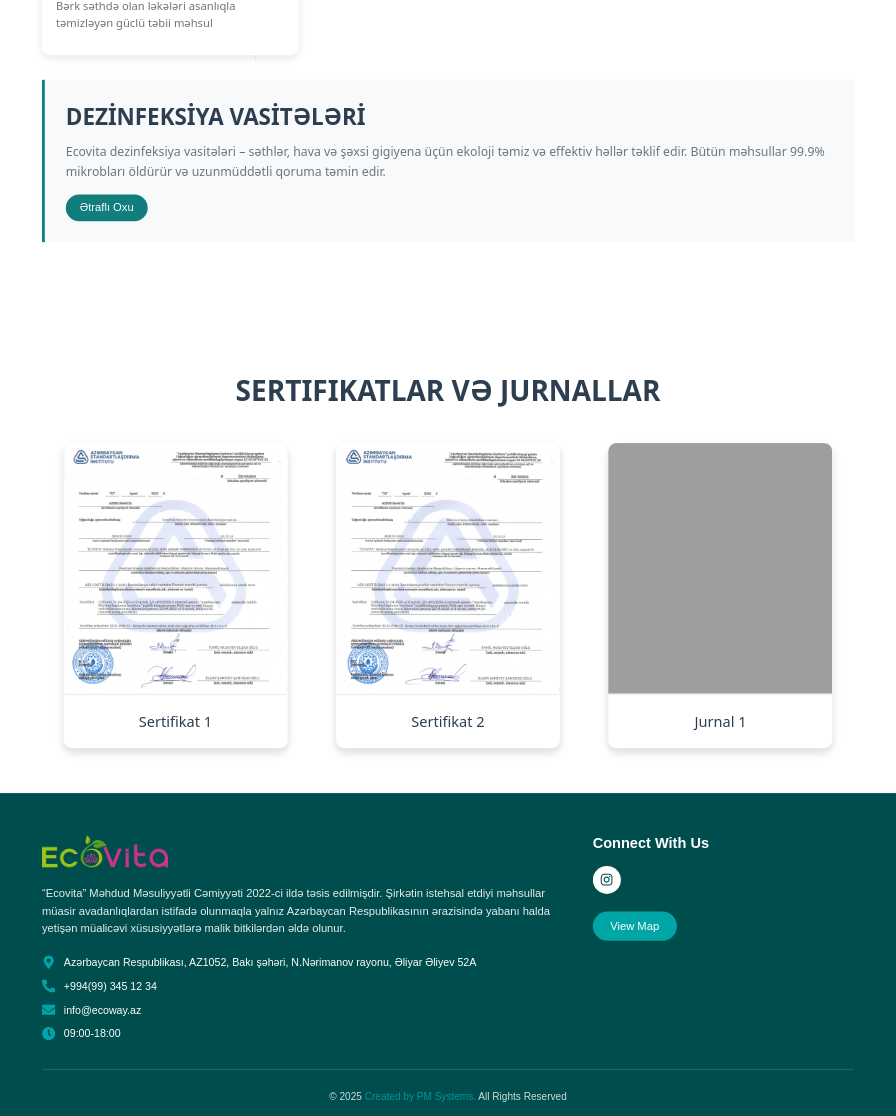
Repository: ferhadsultan98/ecovita
Page: /
An editor plug-in stored every save of this project. The page is shown before and after a run of saves, followed by the edit.
The browser window is 1280 px wide. The pictures show the part of the page from y = 4580 to 6500 px (the page is 6174 px tall before and 6642 px after), at 70% of full size.
Pictures or frames that could not be fetched are drawn as grey boxes. The project was rebuilt for these pictures with package versions that can differ from the ones it lists, and the page was loaded fresh each time. Also part of the build but not shown: vite.config.js.

Above is the page before, as saved 2025-05-07 16:00:44.

### index.html
<!doctype html>
<html lang="en">
  <head>
    <meta charset="UTF-8" />
    <meta name="viewport" content="width=device-width, initial-scale=1.0" />
    <link rel="shortcut icon" href="./public/assets/Fotolar/logobrowser.png" type="image/x-icon">
    <title>Ecovita - Təbiətdən gələn sağlamlıq</title>
  </head>
  <body>
    <div id="root"></div>
    <script type="module" src="/src/main.jsx"></script>
  </body>
</html>

### src/App.jsx
import React from "react";
import "./App.scss";
import MainLayout from "./Components/Common/MainLayout";
import Home from "./Pages/Home/Home";
import MenuSection from "./Pages/MenuSection/MenuSection";
import CertificatesSection from "./Pages/Certificate/Certificate";

function App() {
  return (
    <div className="app-container">
      <MainLayout>
        <Home />
        <MenuSection />
        <CertificatesSection/>
      </MainLayout>
    </div>
  );
}

export default App;

### src/App.scss
* {
  margin: 0;
  padding: 0;
  box-sizing: border-box;
}

body {
  font-family: system-ui, -apple-system, BlinkMacSystemFont, "Segoe UI", Roboto,
    Oxygen, Ubuntu, Cantarell, "Open Sans", "Helvetica Neue", sans-serif;
}

### src/Components/Common/MainLayout.jsx
import React from 'react';
import Header from './Header/Header';
import Footer from './Footer/Footer';

const MainLayout = ({ children }) => {
  return (
    <>
      <Header />
      {children}
      <Footer />
    </>
  );
};

export default MainLayout;

### src/Pages/Certificate/Certificate.jsx
import React from 'react';
import './Certificate.scss';
import certificate1Img from '../../../public/assets/Fotolar/sertifikat1.jpg';
import certificate2Img from '../../../public/assets/Fotolar/sertifikat2.jpg';
import certificate3Img from '../../../public/assets/Fotolar/sertifikat3.jpg';


const CertificatesSection = () => {
  const items = [
    {
      id: 1,
      title: 'Sertifikat 1',
      imageUrl: certificate1Img,

    },
    {
      id: 2,
      title: 'Sertifikat 2',
      imageUrl: certificate2Img,

    },
    {
      id: 3,
      title: 'Jurnal 1',
      imageUrl: certificate3Img,

    }
  ];

  return (
    <section className="certificatesSection">
      <h2 className="sectionTitle">Sertifikatlar və Jurnallar</h2>
      <div className="itemsGrid">
        {items.map((item) => (
          <div key={item.id} className="itemCard">

              <img
                src={item.imageUrl}
                alt={item.title}
                className="itemPreview"
              />
              <h3 className="itemTitle">{item.title}</h3>

          </div>
        ))}
      </div>
    </section>
  );
};

export default CertificatesSection;

### src/Components/Common/Header/Header.jsx
import { useState, useEffect, useRef } from "react";
import "./Header.scss";
import { motion, AnimatePresence } from "framer-motion";
import { FaSyringe, FaChevronDown } from "react-icons/fa";
import EcovitaLogo from '../../../../public/assets/Fotolar/logo.png';

const Header = () => {
  const [scrolled, setScrolled] = useState(false);
  const [isDropdownOpen, setIsDropdownOpen] = useState(false);
  const dropdownRef = useRef(null);

  useEffect(() => {
    const handleScroll = () => {
      setScrolled(window.scrollY > 20);
    };

    window.addEventListener("scroll", handleScroll);
    return () => window.removeEventListener("scroll", handleScroll);
  }, []);

  useEffect(() => {
    const handleClickOutside = (event) => {
      if (dropdownRef.current && !dropdownRef.current.contains(event.target)) {
        setIsDropdownOpen(false);
      }
    };

    document.addEventListener("mousedown", handleClickOutside);
    return () => document.removeEventListener("mousedown", handleClickOutside);
  }, []);

  const scrollToTop = () => {
    window.scrollTo({ top: 0, behavior: "smooth" });
  };

  const scrollToSection = (sectionId) => {
    const section = document.getElementById(sectionId);
    if (section) {
      section.scrollIntoView({ behavior: "smooth", block: "start" });
      setIsDropdownOpen(false);
    }
  };

  const dropdownVariants = {
    hidden: { opacity: 0, y: -10, scale: 0.95 },
    visible: { opacity: 1, y: 0, scale: 1 },
    exit: { opacity: 0, y: -10, scale: 0.95 }
  };

  return (
    <header className={`header ${scrolled ? "scrolled" : ""}`}>
      <div className="header-container">
        <a onClick={scrollToTop} className="logo">
          <img src={EcovitaLogo} alt="Ecovita_logo" />
        </a>
        <div className="products-dropdown" ref={dropdownRef}>
          <button
            className="products-button"
            onMouseEnter={() => setIsDropdownOpen(true)}
            onClick={() => setIsDropdownOpen(!isDropdownOpen)}
          >
            Məhsullar
            <span className="products-icon">
              <FaSyringe />
            </span>
            <FaChevronDown className={`chevron-icon ${isDropdownOpen ? "open" : ""}`} />
          </button>
          <AnimatePresence>
            {isDropdownOpen && (
              <motion.ul
                className="dropdown-menu"
                variants={dropdownVariants}
                initial="hidden"
                animate="visible"
                exit="exit"
                transition={{ duration: 0.2, ease: "easeInOut" }}
                onMouseLeave={() => setIsDropdownOpen(false)}
              >
                <li onClick={() => scrollToSection("cold-pressed-oils")}>
                  Soyuq press yağlar
                </li>
                <li onClick={() => scrollToSection("disinfectants")}>
                  Dezinfeksiya vasitələri
                </li>
              </motion.ul>
            )}
          </AnimatePresence>
        </div>
      </div>
    </header>
  );
};

export default Header;

### src/Components/Common/Footer/Footer.jsx
import React, { useState, useEffect } from "react";
import "./Footer.scss";
import { IoIosArrowUp } from "react-icons/io";
import { GrFacebookOption } from "react-icons/gr";
import {
  FaInstagram,
  FaTwitter,
  FaMapMarkerAlt,
  FaPhoneAlt,
  FaEnvelope,
  FaClock,
} from "react-icons/fa";
import footerLogo from "../../../../public/assets/Fotolar/logo.png";

const Footer = () => {
  const [showScrollTop, setShowScrollTop] = useState(false);
  const currentYear = new Date().getFullYear();

  useEffect(() => {
    const handleScroll = () => {
      setShowScrollTop(window.scrollY > 300);
    };

    window.addEventListener("scroll", handleScroll);
    return () => window.removeEventListener("scroll", handleScroll);
  }, []);

  const scrollToTop = () => {
    window.scrollTo({ top: 0, behavior: "smooth" });
  };

  return (
    <footer className="footer">
      <div className="footerContent">
        <div className="container">
          <div className="footerMain">
            <div className="footerInfo">
              <img src={footerLogo} alt="footerLogo" className="footerLogo" />
              <p className="footerDescription">
                “Ecovita” Məhdud Məsuliyyətli Cəmiyyəti 2022-ci ildə təsis
                edilmişdir. Şirkətin istehsal etdiyi məhsullar müasir
                avadanlıqlardan istifadə olunmaqla yalnız Azərbaycan
                Respublikasının ərazisində yabanı halda yetişən müalicəvi
                xüsusiyyətlərə malik bitkilərdən əldə olunur.
              </p>
              <div className="footerContactItems">
                <div className="contactItem">
                  <FaMapMarkerAlt />
                  <span>
                    Azərbaycan Respublikası, AZ1052, Bakı şəhəri, N.Nərimanov
                    rayonu, Əliyar Əliyev 52A
                  </span>
                </div>
                <div className="contactItem">
                  <FaPhoneAlt />
                  <span>+994(99) 345 12 34</span>
                </div>
                <div className="contactItem">
                  <FaEnvelope />
                  <span>info@ecoway.az</span>
                </div>
                <div className="contactItem">
                  <FaClock />
                  <span>09:00-18:00</span>
                </div>
              </div>
            </div>

            <div className="footerConnect">
              <h4>Connect With Us</h4>
              <div className="socialIcons">

                <a
                  href="https://www.instagram.com/ecovita.az"
                  aria-label="Instagram"
                  className="socialIcon"
                  target="_blank"
                  rel="noopener noreferrer"
                >
                  <FaInstagram />
                </a>

              </div>
              <div className="footerActions">
                <a
                  href="https://maps.app.goo.gl/mqyyw6jxVyPGAPP46"
                  className="footerBtn mapBtn"
                  target="_blank"
                  rel="noopener noreferrer"
                >
                  View Map
                </a>
              </div>
            </div>
          </div>

          <div className="footerDivider"></div>

          <div className="footerBottom">
            <p className="copyright">
              © {currentYear}{" "}
              <a
                href="https://pmsystems.az/"
                target="_blank"
                rel="noopener noreferrer"
              >
                <span>Created by PM Systems</span>.
              </a>{" "}
              All Rights Reserved
            </p>
          </div>
        </div>
      </div>

      <div
        className={`scrollTop ${showScrollTop ? "visible pulse" : ""}`}
        onClick={scrollToTop}
        aria-label="Scroll to top"
      >
        <IoIosArrowUp />
      </div>
    </footer>
  );
};

export default Footer;

### src/Pages/Certificate/Certificate.scss
.certificatesSection {
    padding: 4rem 2rem;
    max-width: 1200px;
    margin: 0 auto;
    text-align: center;
  }

  .sectionTitle {
    font-size: 2.5rem;
    margin-bottom: 3rem;
    color: #2c3e50;
    font-weight: 700;
    text-transform: uppercase;
  }

  .itemsGrid {
    display: grid;
    grid-template-columns: repeat(auto-fit, minmax(280px, 1fr));
    gap: 2rem;
    justify-items: center;
  }

  .itemCard {
    background: #fff;
    border-radius: 12px;
    box-shadow: 0 6px 12px rgba(0, 0, 0, 0.15);
    overflow: hidden;
    transition: transform 0.3s ease, box-shadow 0.3s ease;
    width: 100%;
    max-width: 320px;

    &:hover {
      transform: translateY(-8px);
      box-shadow: 0 10px 20px rgba(0, 0, 0, 0.2);
    }
  }

  .itemPreview {
    width: 100%;
    height: 360px;
    object-fit: cover;
    display: block;
    border-bottom: 2px solid #eee;
  }

  .itemTitle {
    font-size: 1.3rem;
    margin: 1.5rem 0;
    color: #2c3e50;
    padding: 0 1rem;
    font-weight: 500;
  }

  @media (max-width: 768px) {
    .sectionTitle {
      font-size: 2rem;
    }

    .itemsGrid {
      grid-template-columns: repeat(auto-fit, minmax(240px, 1fr));
    }

    .itemCard {
      max-width: 280px;
    }

    .itemPreview {
      height: 320px;
    }
  }

  @media (max-width: 480px) {
    .certificatesSection {
      padding: 2rem 1rem;
    }

    .sectionTitle {
      font-size: 1.75rem;
    }

    .itemsGrid {
      grid-template-columns: 1fr;
    }

    .itemPreview {
      height: 280px;
    }

    .itemTitle {
      font-size: 1.15rem;
    }
  }

### src/Components/Common/Header/Header.scss
$primary-color: #008080; // Teal for health and cleanliness
$secondary-color: #ffffff;
$accent-color: #f5f6f5; // Light gray for clean aesthetic
$text-color: #333333;
$scroll-bg: #ffffff;

.header {
  position: fixed;
  top: 0;
  left: 0;
  width: 100%;
  background: transparent;
  transition: all 0.3s ease;
  z-index: 1000;
  padding: 1rem 0;

  &.scrolled {
    background: $scroll-bg;
    padding: 0.8rem 0;
  }

  .header-container {
    max-width: 1200px;
    margin: 0 auto;
    display: flex;
    align-items: center;

    justify-content: space-between;
    gap: 1rem;
  }

  .logo {
    display: flex;
    align-items: center;
    cursor: pointer;
    text-decoration: none;
    max-height: 80px;

    img {
      height: 100%;
    }
  }

  .products-dropdown {
    position: relative;

    .products-button {
      display: flex;
      align-items: center;
      gap: 0.5rem;
      background: $primary-color;
      color: $secondary-color;
      border: none;
      padding: 0.5rem 1rem;
      border-radius: 5px;
      font-size: 1rem;
      font-weight: 500;
      cursor: pointer;
      transition: background 0.3s ease;

      &:hover {
        background: darken($primary-color, 10%);
      }

      .products-icon {
        font-size: 1.2rem;
      }

      .chevron-icon {
        font-size: 0.8rem;
        transition: transform 0.2s ease;

        &.open {
          transform: rotate(180deg);
        }
      }
    }

    .dropdown-menu {
      position: absolute;
      top: 100%;
      right: 0;
      background: $secondary-color;
      border: 1px solid $accent-color;
      border-radius: 5px;
      margin-top: 0.5rem;
      min-width: 200px;
      box-shadow: 0 4px 8px rgba(0, 0, 0, 0.1);
      list-style: none;
      padding: 0;
      z-index: 3000;

      li {
        padding: 0.75rem 1rem;
        cursor: pointer;
        color: $text-color;
        font-size: 0.9rem;
        transition: background 0.2s ease;

        &:hover {
          background: $accent-color;
        }
      }
    }
  }

  // Responsive design
  @media (max-width: 768px) {
    padding: 1rem 0;

    &.scrolled {
      padding: 0.75rem 0;
    }

    .header-container {
      padding: 0 1rem;
    }

    .products-button {
      font-size: 14px !important;
      padding: 5px !important;

      .products-icon {
        font-size: 12px !important;
      }

      .chevron-icon {
        font-size: 0.7rem;
      }
    }

    .dropdown-menu {
      min-width: 160px;

      li {
        font-size: 0.8rem;
        padding: 0.5rem 0.75rem;
      }
    }
  }

  @media (max-width: 480px) {
    .logo {
      img {
        width: 120px;
      }
    }

    .header-container {
      align-items: center;
      gap: 0.5rem;
    }

    .products-button {
      font-size: 0.8rem;
      padding: 5px;

      .products-icon {
        font-size: 12px;
      }

      .chevron-icon {
        font-size: 0.6rem;
      }
    }

    .dropdown-menu {
      min-width: 140px;
      margin-top: 0.3rem;

      li {
        font-size: 0.75rem;
        padding: 0.4rem 0.6rem;
      }
    }
  }
}

### src/Components/Common/Footer/Footer.scss
$primary-color: #004d4d;
$secondary-color: #007a7a;
$accent-color: #00a6a6;
$text-color: #333;
$light-bg: #f5f7f6;
$white: #ffffff;
$shadow: 0 4px 12px rgba(0, 0, 0, 0.1);

.footer {
  background-color: $primary-color;
  color: $white;
  padding: 60px 0 20px;
  position: relative;
  font-family: 'Poppins', sans-serif;

  .footerContent {
    .container {
      max-width: 1200px;
      margin: 0 auto;
      padding: 0 20px;
    }

    .footerMain {
      display: grid;
      grid-template-columns: 2fr 1fr;
      gap: 40px;
      margin-bottom: 40px;

      .footerInfo {
        .footerLogo {
          max-width: 180px;
          margin-bottom: 20px;
          transition: transform 0.3s ease;

          &:hover {
            transform: scale(1.05);
          }
        }

        .footerDescription {
          font-size: 1rem;
          line-height: 1.6;
          margin-bottom: 25px;
          opacity: 0.9;
        }

        .footerContactItems {
          display: flex;
          flex-direction: column;
          gap: 15px;

          .contactItem {
            display: flex;
            align-items: center;
            gap: 12px;
            font-size: 0.95rem;

            svg {
              font-size: 1.2rem;
              color: $accent-color;
            }

            span {
              transition: color 0.3s ease;

              &:hover {
                color: $accent-color;
              }
            }
          }
        }
      }

      .footerConnect {
        h4 {
          font-size: 1.3rem;
          margin-bottom: 20px;
          color: $white;
        }

        .socialIcons {
          display: flex;
          gap: 15px;
          margin-bottom: 25px;

          .socialIcon {
            display: flex;
            align-items: center;
            justify-content: center;
            width: 40px;
            height: 40px;
            border-radius: 50%;
            background-color: $white;
            color: $primary-color;
            font-size: 1.2rem;
            transition: all 0.3s ease;

            &:hover {
              background-color: $accent-color;
              color: $white;
              transform: translateY(-3px);
            }
          }
        }

        .footerActions {
          .mapBtn {
            display: inline-block;
            padding: 12px 25px;
            background-color: $accent-color;
            color: $white;
            border-radius: 25px;
            text-decoration: none;
            font-weight: 500;
            transition: all 0.3s ease;

            &:hover {
              background-color: $secondary-color;
              box-shadow: $shadow;
              transform: translateY(-2px);
            }
          }
        }
      }
    }

    .footerDivider {
      height: 1px;
      background-color: rgba($white, 0.2);
      margin: 30px 0;
    }

    .footerBottom {
      text-align: center;

      .copyright {
        font-size: 0.9rem;
        opacity: 0.8;

        a {
          color: $accent-color;
          text-decoration: none;

          &:hover {
            text-decoration: underline;
          }
        }
      }
    }
  }

  .scrollTop {
    position: fixed;
    bottom: 30px;
    right: 30px;
    width: 50px;
    height: 50px;
    background-color: $accent-color;
    color: $white;
    border-radius: 50%;
    display: flex;
    align-items: center;
    justify-content: center;
    font-size: 1.5rem;
    cursor: pointer;
    opacity: 0;
    visibility: hidden;
    transition: all 0.3s ease;
    box-shadow: $shadow;
    z-index: 15;
    &.visible {
      opacity: 1;
      visibility: visible;
    }

    &.pulse {
      animation: pulse 2s infinite;
    }

    &:hover {
      background-color: $secondary-color;
      transform: scale(1.1);
    }
  }

  @keyframes pulse {
    0% {
      transform: scale(1);
      box-shadow: 0 0 0 0 rgba($accent-color, 0.7);
    }
    70% {
      transform: scale(1.05);
      box-shadow: 0 0 0 10px rgba($accent-color, 0);
    }
    100% {
      transform: scale(1);
      box-shadow: 0 0 0 0 rgba($accent-color, 0);
    }
  }
}

// Responsive Design
@media (max-width: 768px) {
  .footer {
    .footerContent {
      .footerMain {
        grid-template-columns: 1fr;
        gap: 30px;
      }

      .footerInfo {
        text-align: center;

        .footerLogo {
          margin: 0 auto 20px;
        }

        .footerContactItems {
          align-items: center;
        }
      }

      .footerConnect {
        text-align: center;

        .socialIcons {
          justify-content: center;
        }

        .footerActions {
          display: flex;
          justify-content: center;
        }
      }
    }

    .scrollTop {
      bottom: 20px;
      right: 20px;
      width: 40px;
      height: 40px;
      font-size: 1.2rem;
    }
  }
}

@media (max-width: 480px) {
  .footer {
    padding: 40px 0 15px;

    .footerContent {
      .container {
        padding: 0 15px;
      }

      .footerInfo {
        .footerDescription {
          font-size: 0.9rem;
        }

        .footerContactItems {
          .contactItem {
            font-size: 0.85rem;

            svg {
              font-size: 1rem;
            }
          }
        }
      }

      .footerConnect {
        h4 {
          font-size: 1.1rem;
        }

        .socialIcons {
          .socialIcon {
            width: 35px;
            height: 35px;
            font-size: 1rem;
          }
        }

        .footerActions {
          .mapBtn {
            padding: 10px 20px;
            font-size: 0.9rem;
          }
        }
      }

      .footerBottom {
        .copyright {
          font-size: 0.8rem;
        }
      }
    }
  }
}

Loaded but not shown: src/main.jsx (common file); src/Pages/MenuSection/menuItems.json (90 lines, source omitted); src/Pages/MenuSection/MenuSection.jsx (800 lines, source omitted); src/Pages/MenuSection/MenuSection.scss (624 lines, source omitted); src/Pages/Home/Home.scss (368 lines, source omitted); src/Pages/Home/Home.jsx (173 lines, source omitted); src/index.css (no stored copy; drawn as an empty file)

After the next 4 saves:
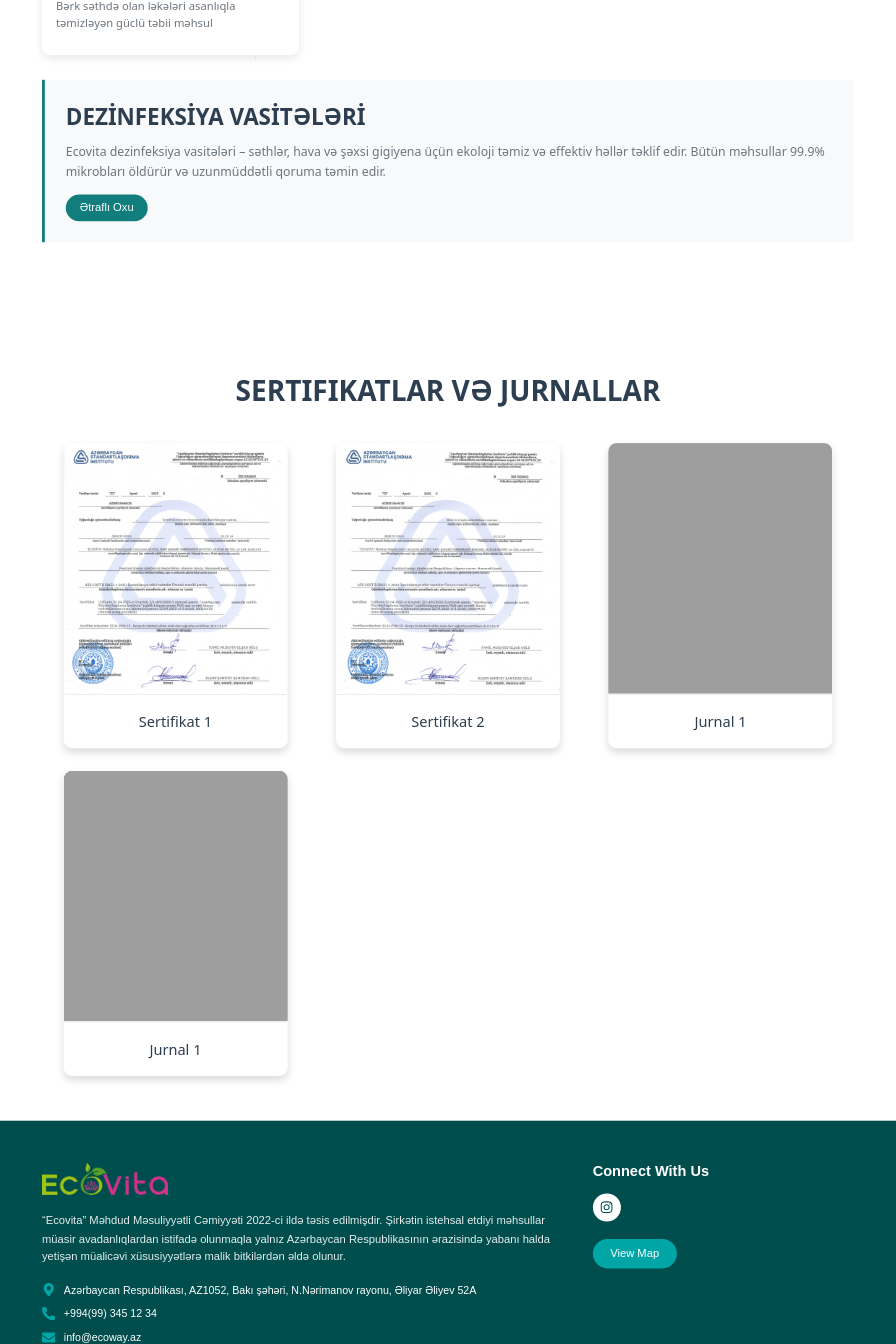
The 4 saves are shown as one change because they came seconds apart.
The last was saved 36 s later.
--- a/src/Pages/Certificate/Certificate.jsx
+++ b/src/Pages/Certificate/Certificate.jsx
@@ -17,6 +17,12 @@
       id: 2,
       title: 'Sertifikat 2',
       imageUrl: certificate2Img,
+
+    },
+    {
+      id: 3,
+      title: 'Jurnal 1',
+      imageUrl: certificate3Img,
 
     },
     {
